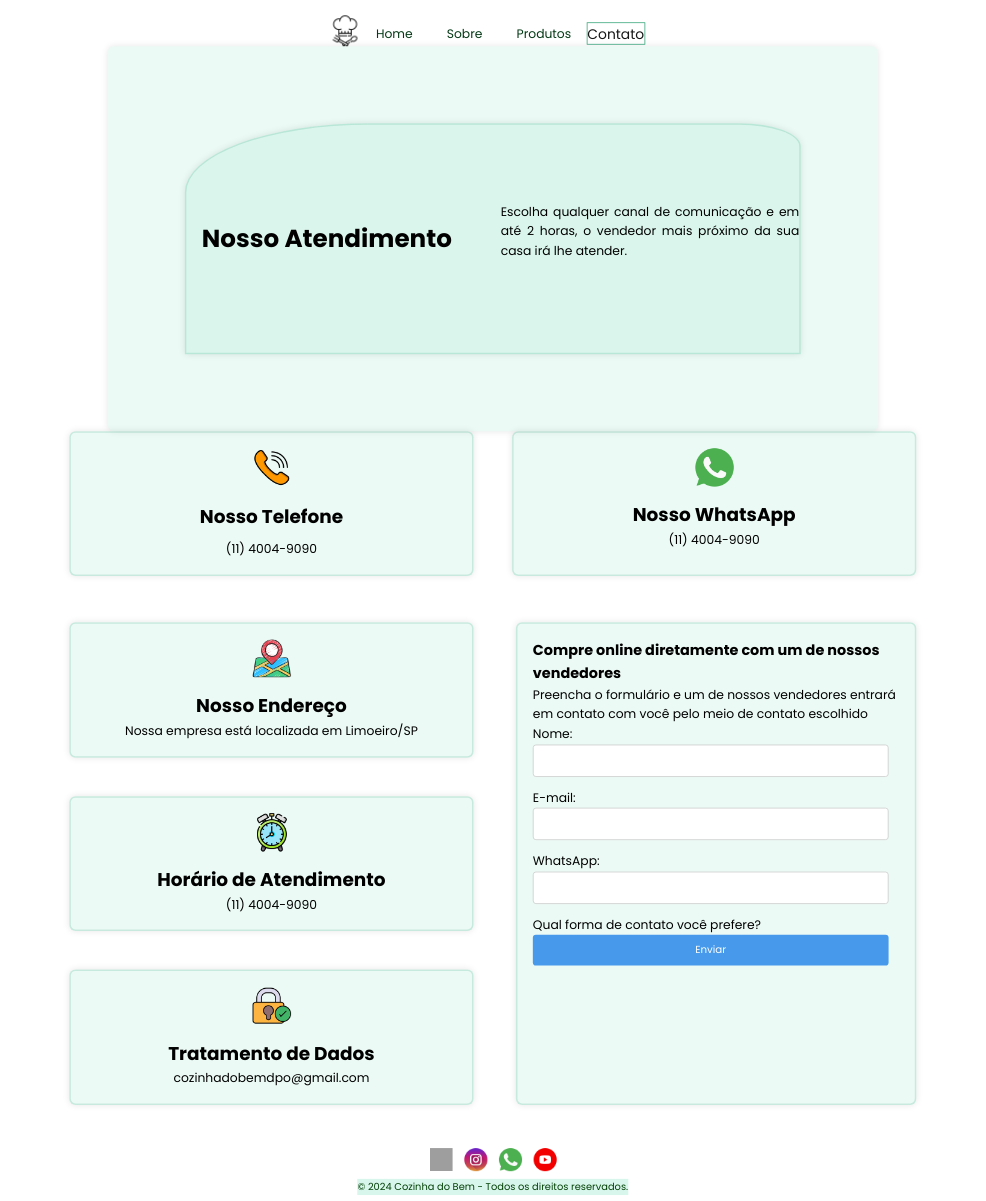
Repository: Thalia-Nataly/Cozinha-do-Bem-Proz
Page: contato.html
These files come from the project's save history. The page is drawn as it stood at one moment and after a run of saves; the edit follows.
The browser window is 1280 px wide. The pictures show the whole page, at 77% of full size.
Pictures or frames that could not be fetched are drawn as grey boxes.

Above is the page before, as saved 2024-08-25 19:34:06.
Console error: TypeError: Cannot read properties of null (reading 'addEventListener')

After the next 2 saves:
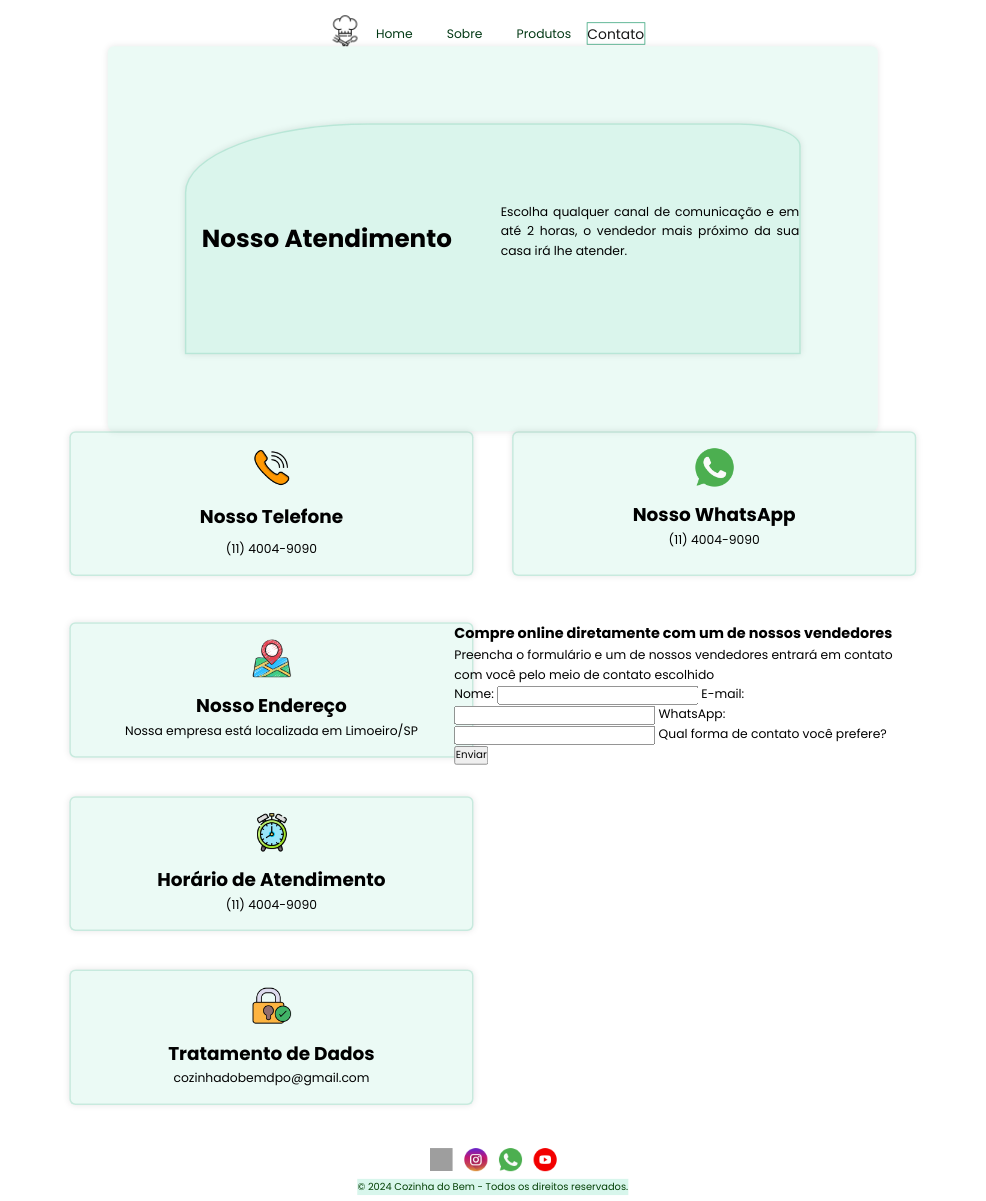
The 2 saves are shown as one change because they came seconds apart.
The last was saved 18 s later.
--- a/contato.html
+++ b/contato.html
@@ -93,7 +93,7 @@
                 </div>
 
                 <!-- Formulário -->
-                <div class="form-container">
+                <div id="form-container">
                     <form>
                         <h3>Compre online diretamente com um de nossos vendedores</h3>
                         <p>Preencha o formulário e um de nossos vendedores entrará em contato com você pelo meio de contato escolhido </p>

After the save that followed:
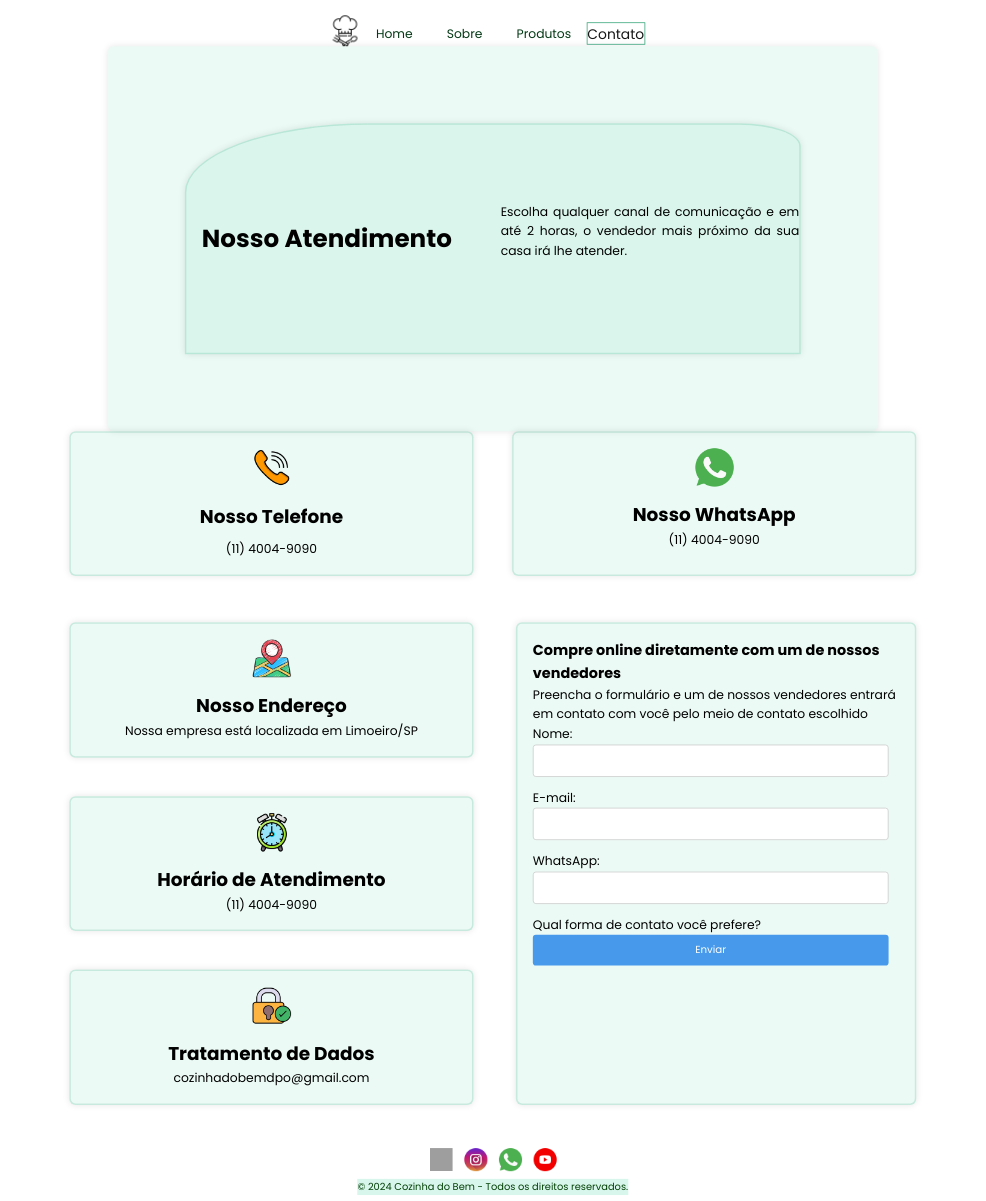
Saved 12 s later.
--- a/contato.html
+++ b/contato.html
@@ -93,7 +93,7 @@
                 </div>
 
                 <!-- Formulário -->
-                <div id="form-container">
+                <div class="form-container">
                     <form>
                         <h3>Compre online diretamente com um de nossos vendedores</h3>
                         <p>Preencha o formulário e um de nossos vendedores entrará em contato com você pelo meio de contato escolhido </p>
@@ -104,6 +104,7 @@
                         <label for="tel">WhatsApp: </label>
                         <input type="tel" name="tel" id="tel" required>
                         <label for="contact-preference">Qual forma de contato você prefere?</label>
+
 
                         <button type="submit">Enviar</button>
 
